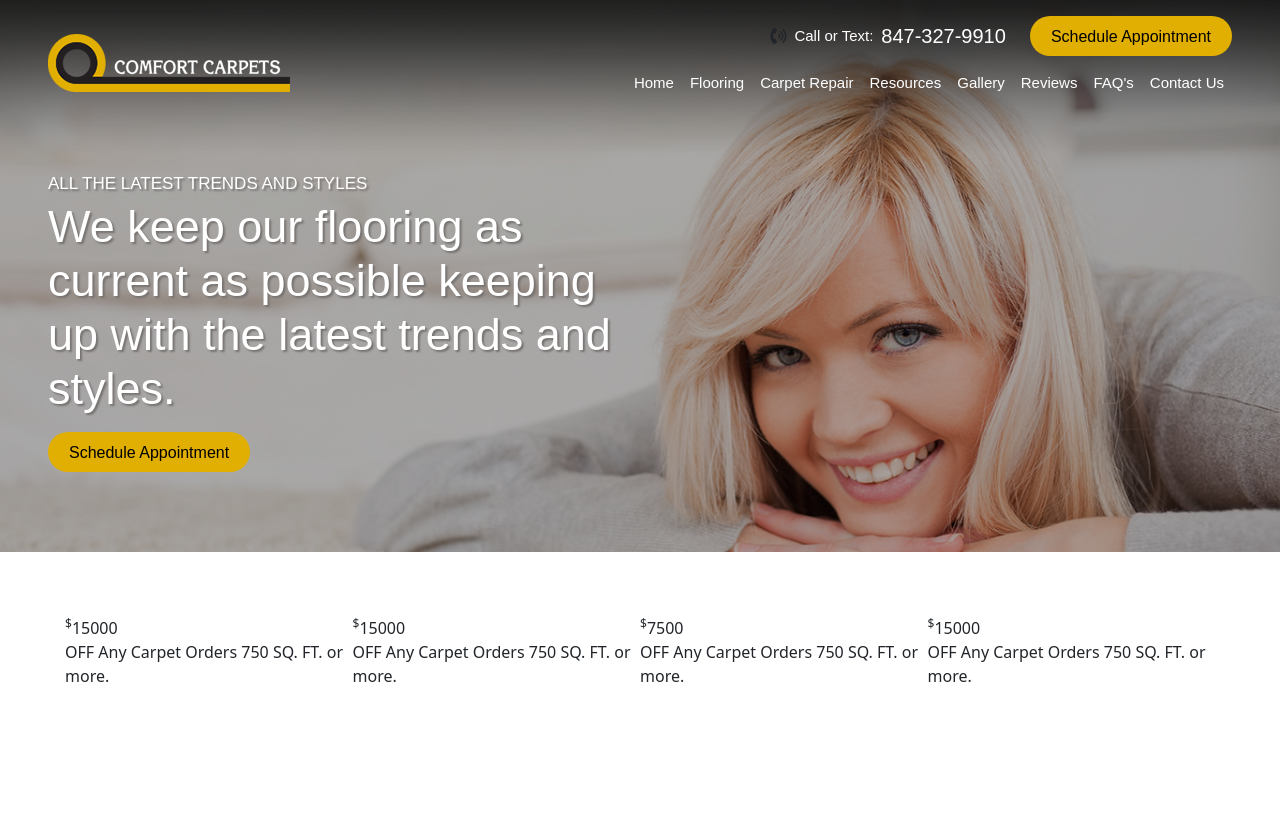
Repository: Ab-dur-Rehman/sscaseFolders
Page: index.html
These files come from the project's save history. The page is drawn as it stood at one moment and after the next save; the edit follows.
The browser window is 1280 px wide. The pictures show the whole page.
Some web fonts or font styles are not loaded; a fallback is used.

Above is the page before, as saved 2022-12-21 17:58:51.

### index.html
<!doctype html>
<html lang="en">
  <head>
    <meta charset="utf-8">
    <meta name="viewport" content="width=device-width, initial-scale=1">
    <!-- Bootstrap CSS -->
    <link href="https://cdn.jsdelivr.net/npm/bootstrap@5.0.2/dist/css/bootstrap.min.css" rel="stylesheet" integrity="sha384-EVSTQN3/azprG1Anm3QDgpJLIm9Nao0Yz1ztcQTwFspd3yD65VohhpuuCOmLASjC" crossorigin="anonymous">
    <!-- Custom CSS -->
    <link rel="stylesheet" href="assets/css/style.css">
    <!-- FontAwesome -->
    <link rel="stylesheet" href="https://cdnjs.cloudflare.com/ajax/libs/font-awesome/6.2.1/css/all.min.css" integrity="sha512-MV7K8+y+gLIBoVD59lQIYicR65iaqukzvf/nwasF0nqhPay5w/9lJmVM2hMDcnK1OnMGCdVK+iQrJ7lzPJQd1w==" crossorigin="anonymous" referrerpolicy="no-referrer" />
    <!-- JQuery -->
    <script src="https://code.jquery.com/jquery-3.6.1.min.js" integrity="sha256-o88AwQnZB+VDvE9tvIXrMQaPlFFSUTR+nldQm1LuPXQ=" crossorigin="anonymous"></script>
    <!-- Bootstrap JS -->
    <script src="https://cdn.jsdelivr.net/npm/bootstrap@5.0.2/dist/js/bootstrap.bundle.min.js" integrity="sha384-MrcW6ZMFYlzcLA8Nl+NtUVF0sA7MsXsP1UyJoMp4YLEuNSfAP+JcXn/tWtIaxVXM" crossorigin="anonymous"></script>
    <!-- Custom Scripts -->
    <script type="module" src="assets/js/script.js"></script>

    <title>Comfort Carpets</title>
  </head>
  <body>
    <div class="col-lg-12 mx-auto main-wrapper">

      <header class="py-3 px-5 header-top">
        <div class="header-top-inner row gx-0 max-content d-flex flex-row align-items-center">
          <div class="col-md-3 logo-top mx-0 px-0">
            <a href="#"><img src="assets/images/logo.png" alt="logo"/></a>
          </div>
          <div class="col-md-9 header-left mx-0 px-0 py-0">
            <div class="top-call-info">
              <div class="top-call-info-inner d-flex flex-row justify-content-end align-items-center">
                <div class="top-call-info-inner-left px-4 d-flex flex-row align-items-center">
                  <i class="fa fa-volume-control-phone" aria-hidden="true"></i>
                  <span class="call-text px-2">Call or Text: </span>
                  <span class="call-number">847-327-9910</span>
                </div>
                <div class="top-call-info-inner-right">
                  <button type="button" class="btn btn-appointment">Schedule Appointment</button>
                </div>
              </div>
            </div>
            <div class="main-nav-wrapper">
              <nav class="navbar navbar-expand-lg navbar-light">
                <div class="container-fluid justify-content-end">
                  <button class="navbar-toggler" type="button" data-bs-toggle="collapse" data-bs-target="#navbarNav" aria-controls="navbarNav" aria-expanded="false" aria-label="Toggle navigation">
                    <span class="navbar-toggler-icon"></span>
                  </button>
                  <div class="collapse navbar-collapse justify-content-end" id="navbarNav">
                    <ul class="navbar-nav text-end">
                      <li class="nav-item">
                        <a class="nav-link active" aria-current="page" href="#">Home</a>
                      </li>
                      <li class="nav-item">
                        <a class="nav-link" href="#">Flooring</a>
                      </li>
                      <li class="nav-item">
                        <a class="nav-link" href="#">Carpet Repair</a>
                      </li>
                      <li class="nav-item">
                        <a class="nav-link" href="#">Resources</a>
                      </li>
                      <li class="nav-item">
                        <a class="nav-link" href="#">Gallery</a>
                      </li>
                      <li class="nav-item">
                        <a class="nav-link" href="#">Reviews</a>
                      </li>
                      <li class="nav-item">
                        <a class="nav-link" href="#">FAQ's</a>
                      </li>
                      <li class="nav-item">
                        <a class="nav-link" href="#">Contact Us</a>
                      </li>
                    </ul>
                  </div>
                </div>
              </nav>
            </div>
          </div>
        </div>
        <div class="header-bottom row gx-0 max-content d-flex flex-row align-items-center py-5 my-3">
          <div class="col-lg-6 banner-text mx-0 px-0">
            <div class="banner-text-inner">
              <h4 class="banner-title">All the latest trends and styles</h4>
              <p class="banner-sub">We keep our flooring as current as possible keeping up with the latest trends and styles.</p>
              <div class="top-call-info-inner-right">
                <button type="button" class="btn btn-appointment">Schedule Appointment</button>
              </div>
          </div>
          <div class="col-lg-6 mx-0 px-0"></div>
        </div>
      </header>
      <div class="header-bottom col-lg-12 mx-auto main-content-2">
        <div class="row gx-0 d-flex flex-row align-items-center py-5 my-3">
          <div class="tab-wrapper col-3">
            <sup>$</sup>150<span>00</br>OFF</span>
            <span>Any Carpet Orders</span>
            <span>750 SQ. FT. or more.</span>
          </div>
          <div class="tab-wrapper col-3">
            <sup>$</sup>150<span>00</br>OFF</span>
            <span>Any Carpet Orders</span>
            <span>750 SQ. FT. or more.</span>
          </div>
          <div class="tab-wrapper col-3">
            <sup>$</sup>75<span>00</br>OFF</span>
            <span>Any Carpet Orders</span>
            <span>750 SQ. FT. or more.</span>
          </div>
          <div class="tab-wrapper col-3">
            <sup>$</sup>150<span>00</br>OFF</span>
            <span>Any Carpet Orders</span>
            <span>750 SQ. FT. or more.</span>
          </div>
        </div>
      </div>
      <content class="col-12 main-content">

      </content>
      <footer class="row gx-0 py-3 px-5 footer-wrapper text-center mt-5">

      </footer>
    </div>
  </body>
</html>

### assets/css/style.css
@import url('https://fonts.googleapis.com/css2?family=Amiko:wght@400;600;700&family=Chivo:wght@400;500;600;700&display=swap');


img { width:100%;}
/* body { color:#fff;} */

/* font-family: 'Amiko', sans-serif;
font-family: 'Chivo', sans-serif; */

.logo-top img {
    max-width: 242px;
}
.max-content {
    max-width: 1200px;
    margin: 0 auto;
    width: 100%;
}
.main-content-2 {
    max-width: 1150px;
    margin: 0 auto;
    width: 100%;
}
.header-top {
    background:url(../images/bnr.png);
    background-position: top center;
    background-repeat: no-repeat;
    background-size:cover;
}
.btn-appointment {
    background: #e1af02;
    color: #000;
    font-family: 'Amiko', sans-serif;
    padding: 12px 20px 10px 20px;
    border-radius: 5px;
    font-size: 16px;
    font-weight: 500;
    border-radius: 40px;
    line-height: 1;
}
.call-text {
    font-size: 15px;
    font-weight: 400;
    font-family: 'Amiko', sans-serif;
    color: #fff;
}
.call-number {
    font-size: 20px;
    font-weight: 500;
    font-family: 'Chivo', sans-serif;
    color: #fff;
}
.nav-link {
    font-size: 15px;
    font-weight: 400;
    font-family: 'Amiko', sans-serif;
    color: #fff!important;
}

.banner-title {
    font-size: 17px;
    font-weight: 500;
    font-family: 'Amiko', sans-serif;
    color: #fff;
    line-height: 1;
    text-transform: uppercase;
    text-shadow: 2px 2px 2px #777371;
}
.banner-sub {
    font-size: 45px;
    font-weight: 400;
    font-family: 'Chivo', sans-serif;
    color: #fff;
    line-height: 1.2;
    text-shadow: 2px 2px 2px #777371;
}

/* //Responsive */

@media only screen and (max-width: 1350px) {

}

@media only screen and (max-width: 1262px) and (min-width: 1024px) {

}
@media only screen and (max-width: 1023px) {

}
@media only screen and (max-width: 982px) {

}
@media only screen and (max-width: 685px) {

}
@media only screen and (max-width: 576px) {

}

### assets/js/script.js
//doughnut
// var ctxD = document.getElementById("doughnutChart").getContext('2d');
// var ctxD2 = document.getElementById("doughnutChart2").getContext('2d');
// var myLineChart = new Chart(ctxD, {
//   type: 'doughnut',
//   data: {
//     labels: ["Red", "Green"],
//     datasets: [{
//       data: [25, 75],
//       backgroundColor: ["#F7464A", "#46BFBD"],
//       hoverBackgroundColor: ["#FF5A5E", "#5AD3D1"]
//     }]
//   },
//   options: {
//   	responsive: true
//   }
// });

// var myLineChart2 = new Chart(ctxD2, {
//     type: 'doughnut',
//     data: {
//       labels: ["Red", "Green"],
//       datasets: [{
//         data: [25, 75],
//         backgroundColor: ["#F7464A", "#46BFBD"],
//         hoverBackgroundColor: ["#FF5A5E", "#5AD3D1"]
//       }]
//     },
//     options: {
//         responsive: true
//     }
//   });

$(".option-icon-right input:checkbox").change(function(){
    $(this).closest("li").toggleClass('selected', this.checked);
    $('li.selected .option-icon-right label span').text('On');
    $('li:not(.selected) .option-icon-right label span').text('Off');
});

After the next save:
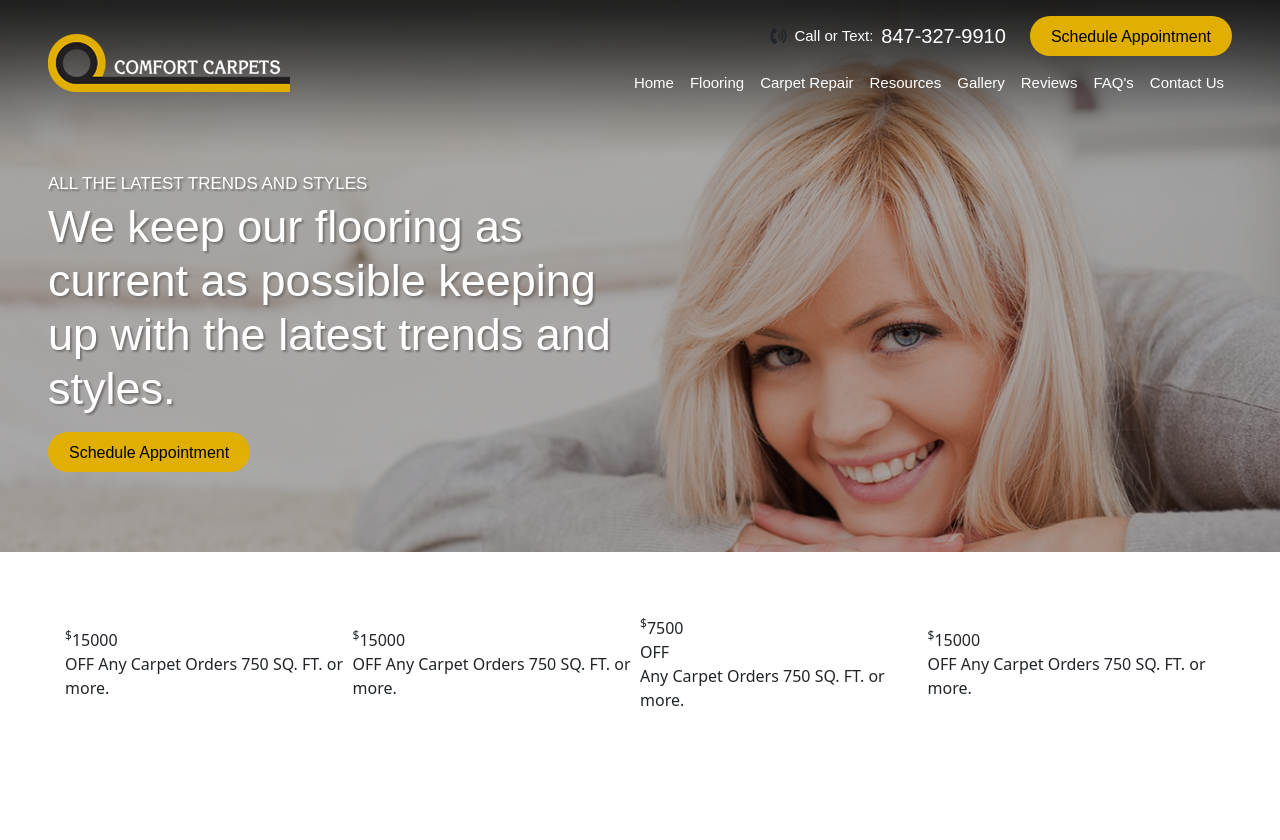
Saved 87 s later.
--- a/index.html
+++ b/index.html
@@ -103,7 +103,7 @@
             <span>750 SQ. FT. or more.</span>
           </div>
           <div class="tab-wrapper col-3">
-            <sup>$</sup>75<span>00</br>OFF</span>
+            <div class="tab-price"><sup>$</sup>75<span>00</br>OFF</span></div>
             <span>Any Carpet Orders</span>
             <span>750 SQ. FT. or more.</span>
           </div>
